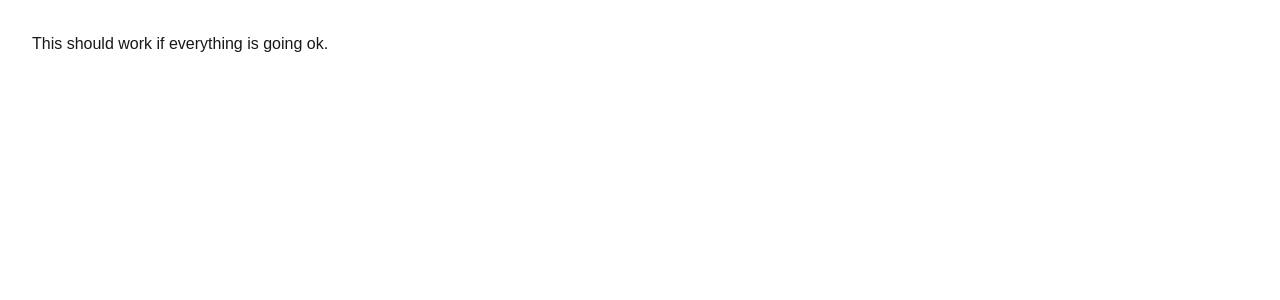
Repository: SamanthaYan298/MDIA-3126-Weds
Page: / (app in midterm-prep/)
These files come from the project's save history. The page is drawn as it stood at one moment and after the next save; the edit follows.
The browser window is 1280 px wide. The pictures show the whole page.
The project was rebuilt for these pictures with package versions that can differ from the ones it lists, and the page was loaded fresh each time. The framework's server and built-in components were replaced by stand-ins that run in the browser. Also part of the build but not shown: midterm-prep/next.config.mjs.

Above is the page before, as saved 2024-10-30 12:16:44.

After the next save:
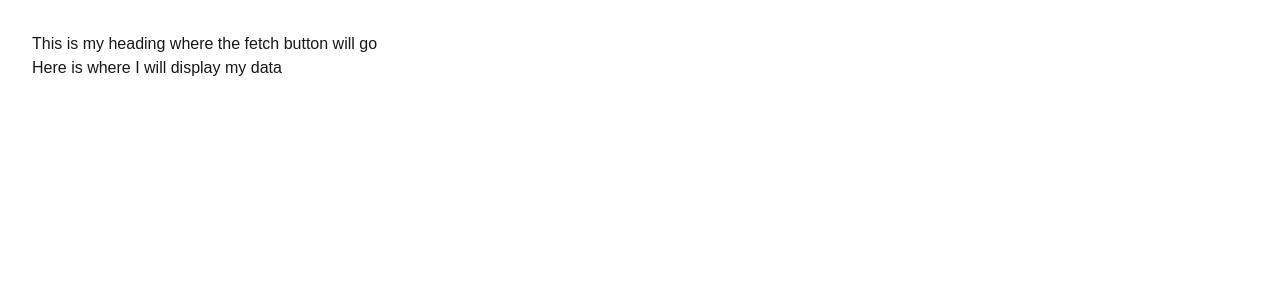
Saved 89 s later.
--- a/midterm-prep/src/app/page.js
+++ b/midterm-prep/src/app/page.js
@@ -13,7 +13,8 @@ export default function Home() {
 
   return (
     <div className="m-8">
-      This should work if everything is going ok.
+      <section>This is my heading where the fetch button will go</section>
+      <section>Here is where I will display my data</section>
     </div>
   );
 }
